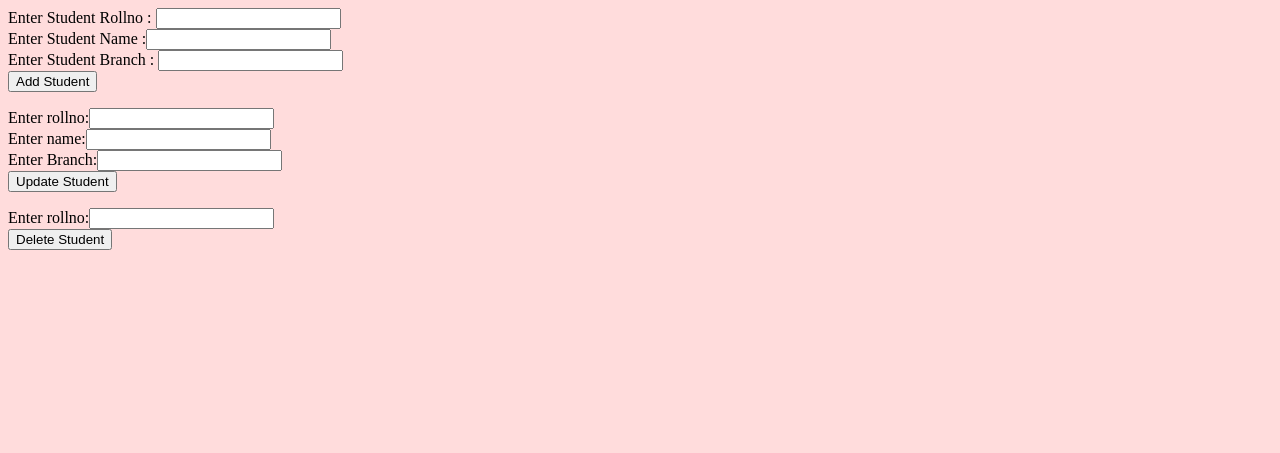
Repository: chinthaginjalabhuvan/Java
Page: ServletRealTimeProject/src/main/webapp/index.html
These files come from the project's save history. The page is drawn as it stood at one moment and after the next save; the edit follows.
The browser window is 1280 px wide. The pictures show the whole page.

Above is the page before, as saved 2025-06-04 09:45:18.

### ServletRealTimeProject/src/main/webapp/index.html
<html>

<body bgcolor="FFDCDC">

<form action="./add">
Enter Student Rollno : <input type="text" name="rollno"/><br/>
Enter Student Name :<input type="text" name="name"/><br/>
Enter Student Branch : <input type="text" name="branch"/><br/>
<button type="submit">Add Student</button>
</form>

<form action="./update">
Enter rollno:<input type="text" name="rollno"/><br/>
Enter name:<input type="text" name="name"/><br/>
Enter Branch:<input type="text" name="branch"/><br/>
<button type="submit">Update Student</button>
</form>

<form action="./delete">
Enter rollno:<input type="text" name="rollno"/><br/>
<button type="submit">Delete Student</button>
</form>

</body>

</html>

After the next save:
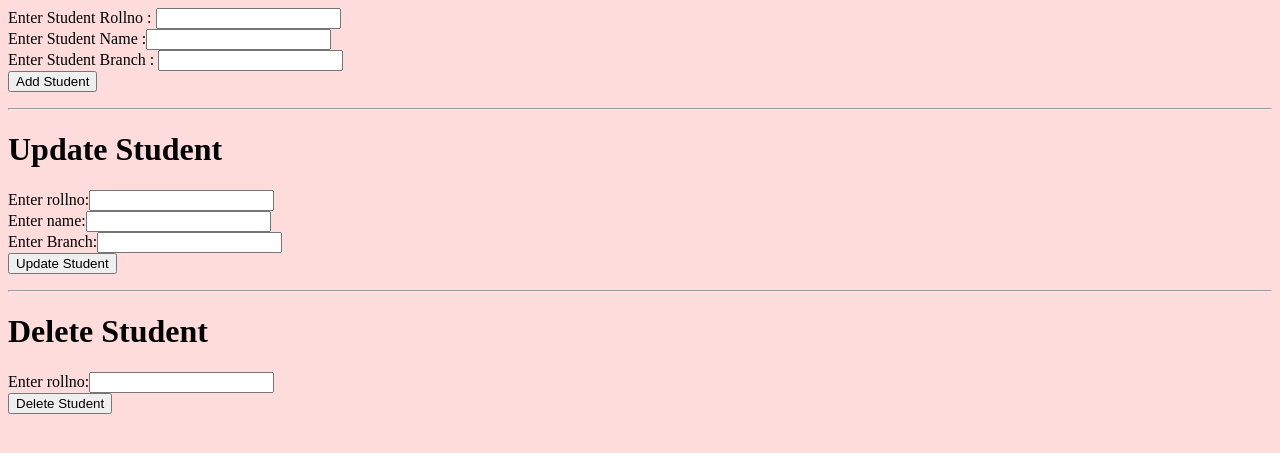
Saved 67 s later.
--- a/ServletRealTimeProject/src/main/webapp/index.html
+++ b/ServletRealTimeProject/src/main/webapp/index.html
@@ -8,14 +8,16 @@ Enter Student Name :<input type="text" name="name"/><br/>
 Enter Student Branch : <input type="text" name="branch"/><br/>
 <button type="submit">Add Student</button>
 </form>
-
+<hr/>
+<h1>Update Student</h1>
 <form action="./update">
 Enter rollno:<input type="text" name="rollno"/><br/>
 Enter name:<input type="text" name="name"/><br/>
 Enter Branch:<input type="text" name="branch"/><br/>
 <button type="submit">Update Student</button>
 </form>
-
+<hr/>
+<h1>Delete Student</h1>
 <form action="./delete">
 Enter rollno:<input type="text" name="rollno"/><br/>
 <button type="submit">Delete Student</button>
